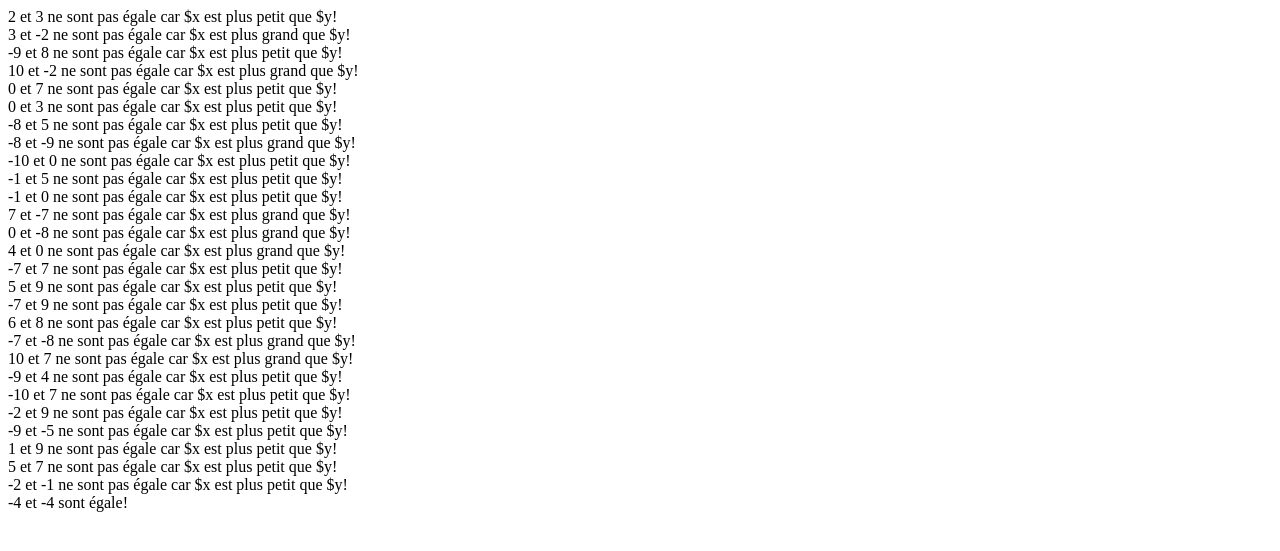
Repository: QuentinFayt/base-php-2021
Page: http://localhost/09-conditions.php
An editor plug-in stored every save of this project. The page is shown before and after the next save, followed by the edit.
The browser window is 1280 px wide. The pictures show the whole page.
The page is run by PHP 8.4 with error messages shown; the project is at /var/www/html/.

Above is the page before, as saved 2021-09-03 10:01:27.

### 09-conditions.php
<?php

do {
    $x = mt_rand(-10, 10);
    $y = mt_rand(-10, 10);
    if ($x === $y) {
        echo "$x et $y sont égale!</br>";
    } else {
        echo "$x et $y ne sont pas égale car";
        echo $x < $y ? ' $x est plus petit que $y!</br>' : ' $x est plus grand que $y!</br>';
    }
} while ($x !== $y);

After the next save:
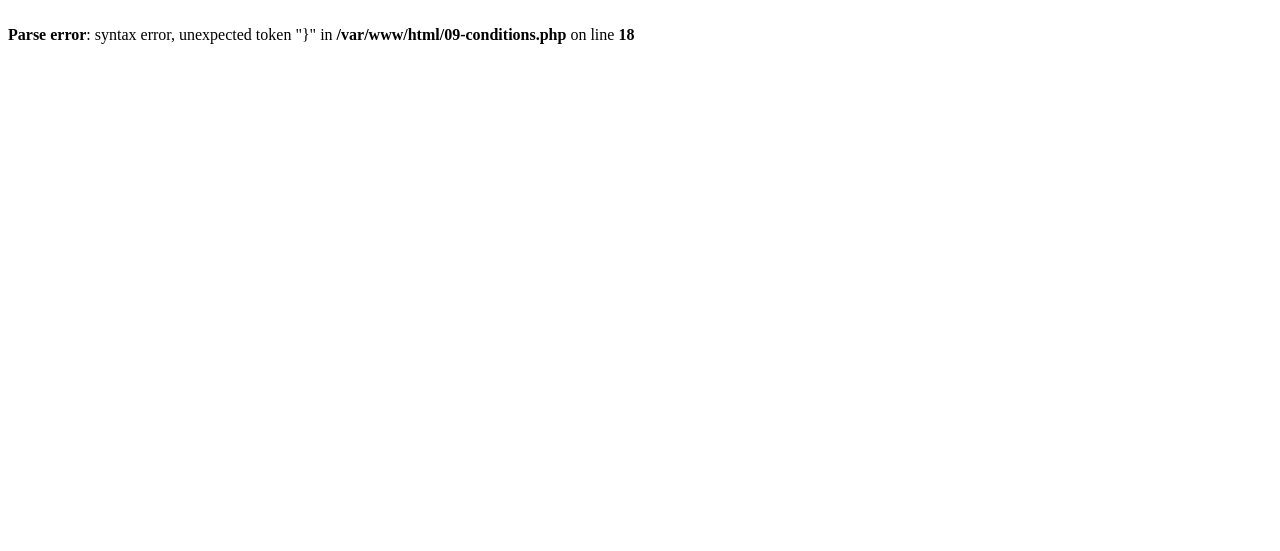
Saved 18 min 4 s later.
--- a/09-conditions.php
+++ b/09-conditions.php
@@ -7,6 +7,13 @@ do {
         echo "$x et $y sont égale!</br>";
     } else {
         echo "$x et $y ne sont pas égale car";
-        echo $x < $y ? ' $x est plus petit que $y!</br>' : ' $x est plus grand que $y!</br>';
+        echo $x < $y ? ' $x est plus petit que $y!' : ' $x est plus grand que $y!';
+        if(0<$x && 0<$y){
+            echo "Les deux sont positif! </br>";
+        }
+        elseif(0<$x || 0<$y){
+            echo "Un seul est positif! </br>";
+        }
+        elseif(0<$x || 0<$y)
     }
 } while ($x !== $y);
